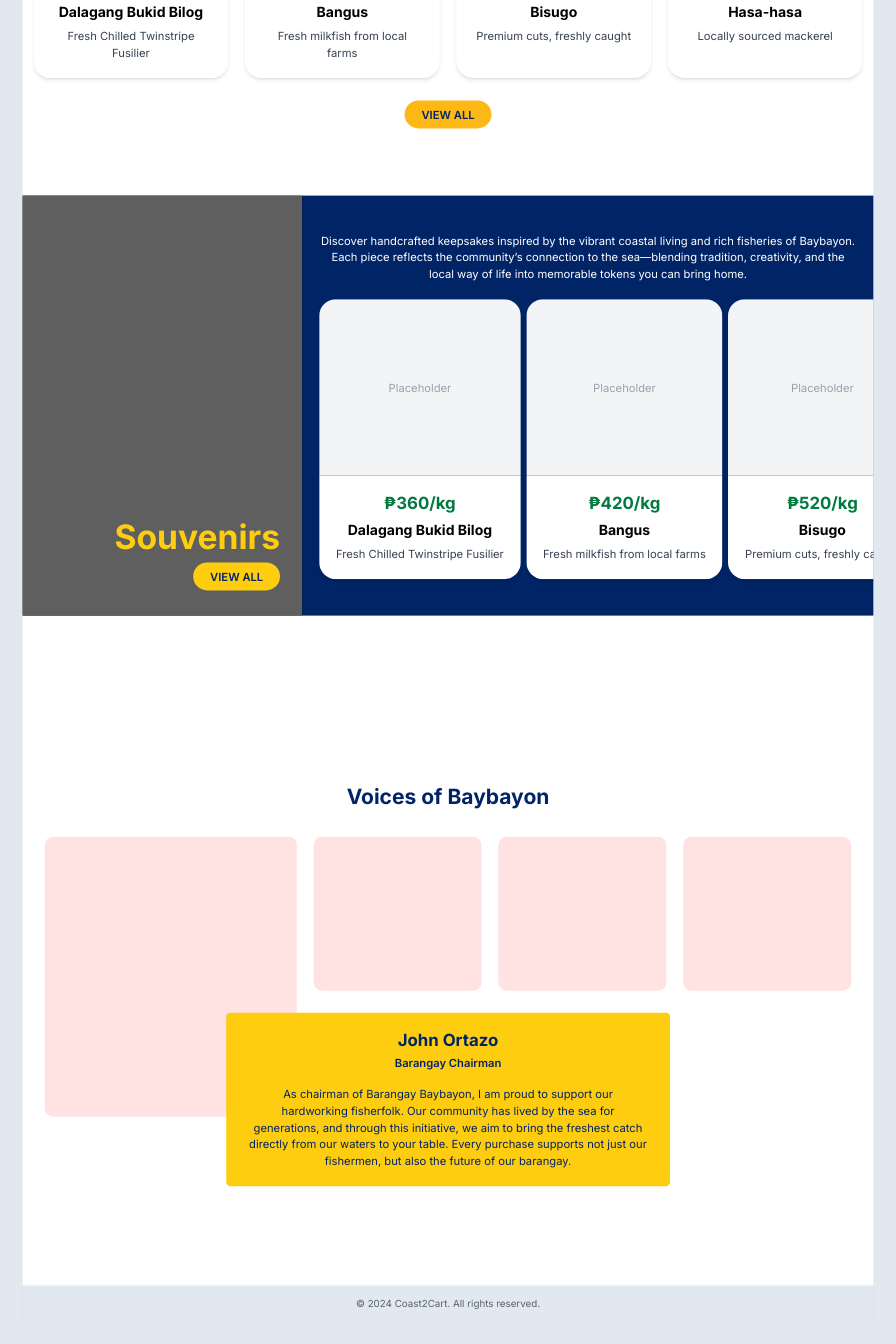
Repository: Coast2Card/coast2cart-frontend
Page: /
An editor plug-in stored every save of this project. The page is shown before and after the next save, followed by the edit.
The browser window is 1280 px wide. The pictures show the part of the page from y = 2589 to 4509 px (the page is 4509 px tall), at 70% of full size.
Pictures or frames that could not be fetched are drawn as grey boxes. The project was rebuilt for these pictures with package versions that can differ from the ones it lists, and the page was loaded fresh each time. Also part of the build but not shown: vite.config.js, src/pages/Seafood.jsx, src/pages/Souvenirs.jsx, src/pages/About.jsx, src/pages/Cart.jsx, src/pages/Profile.jsx, src/pages/Colors.jsx.

Above is the page before, as saved 2025-09-13 23:28:20.

After the next save:
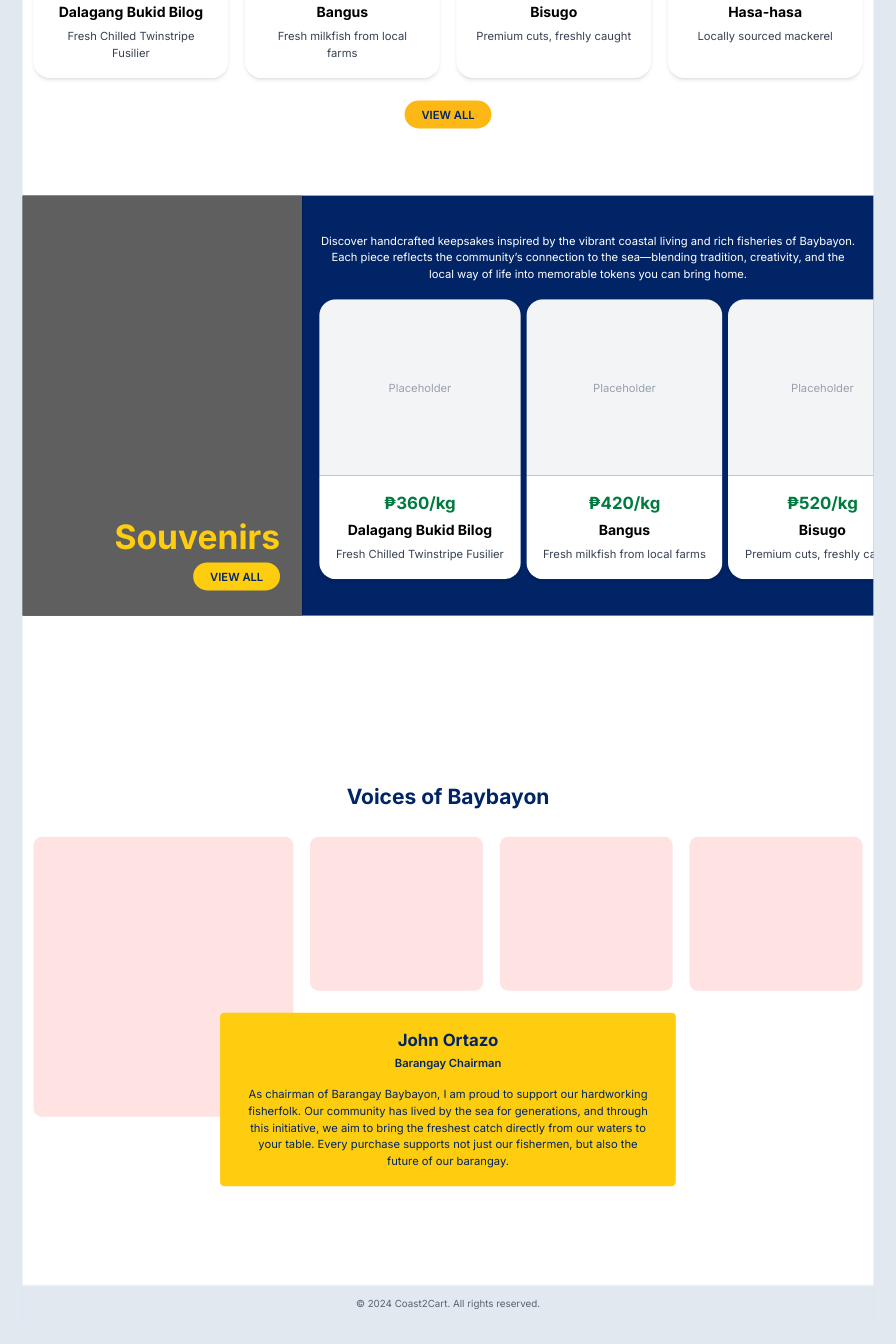
Saved 22 s later.
--- a/src/pages/Home.jsx
+++ b/src/pages/Home.jsx
@@ -76,7 +76,7 @@ const Home = () => {
       <section className="flex flex-col lg:flex-row bg-primary max-w-8xl mx-auto w-full mb-60">
         <HomeSouvenirs />
       </section>
-      <section className="flex flex-col gap-4 mx-4 mb-60">
+      <section className="flex flex-col gap-4 mb-60">
         <h1 className="text-primary text-center text-3xl font-bold mb-6">
           Voices of Baybayon
         </h1>
